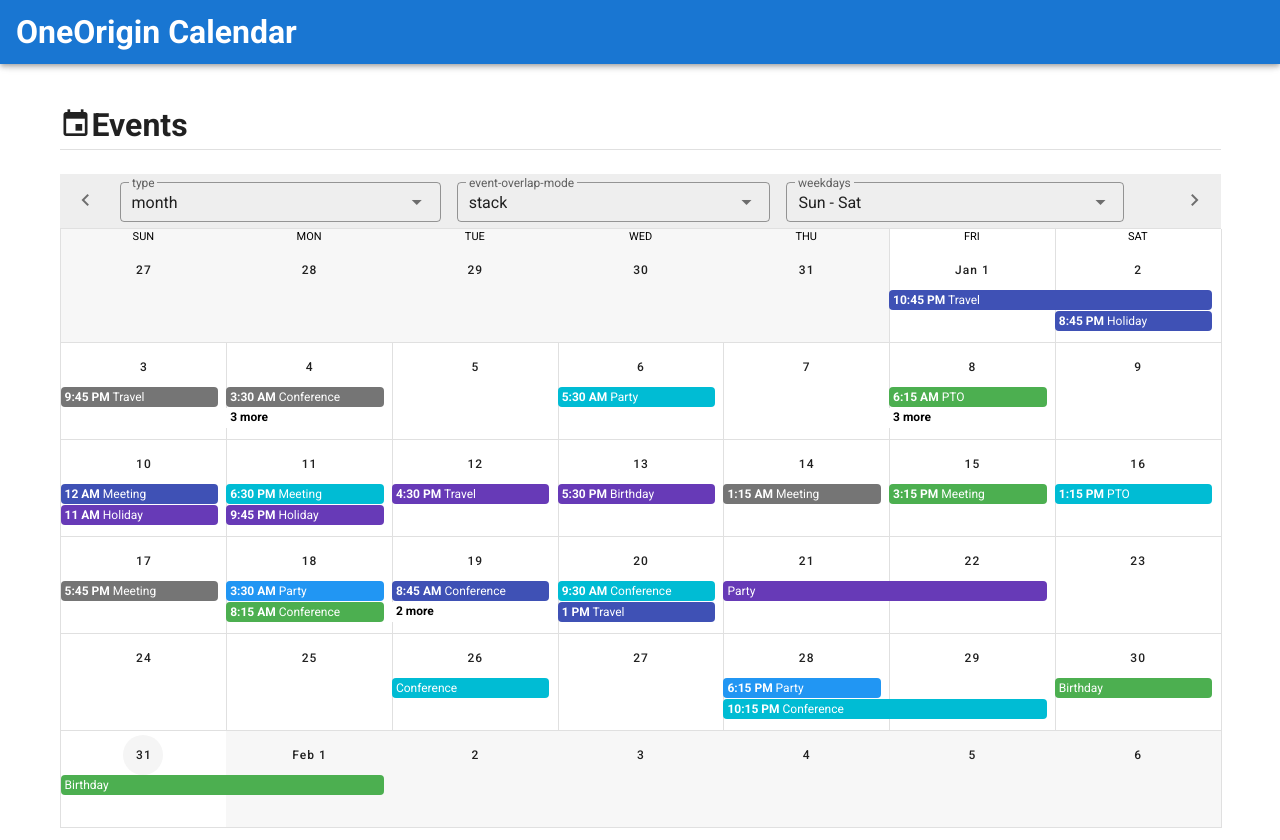
Repository: Shinobi247/OO-Calenda-events
Page: /
An editor plug-in stored every save of this project. The page is shown before and after the next save, followed by the edit.
The browser window is 1280 px wide. The pictures show the whole page.
The project was rebuilt for these pictures with package versions that can differ from the ones it lists, and the page was loaded fresh each time. Also part of the build but not shown: vue.config.js.

Above is the page before, as saved 2021-02-01 15:04:19.

After the next save:
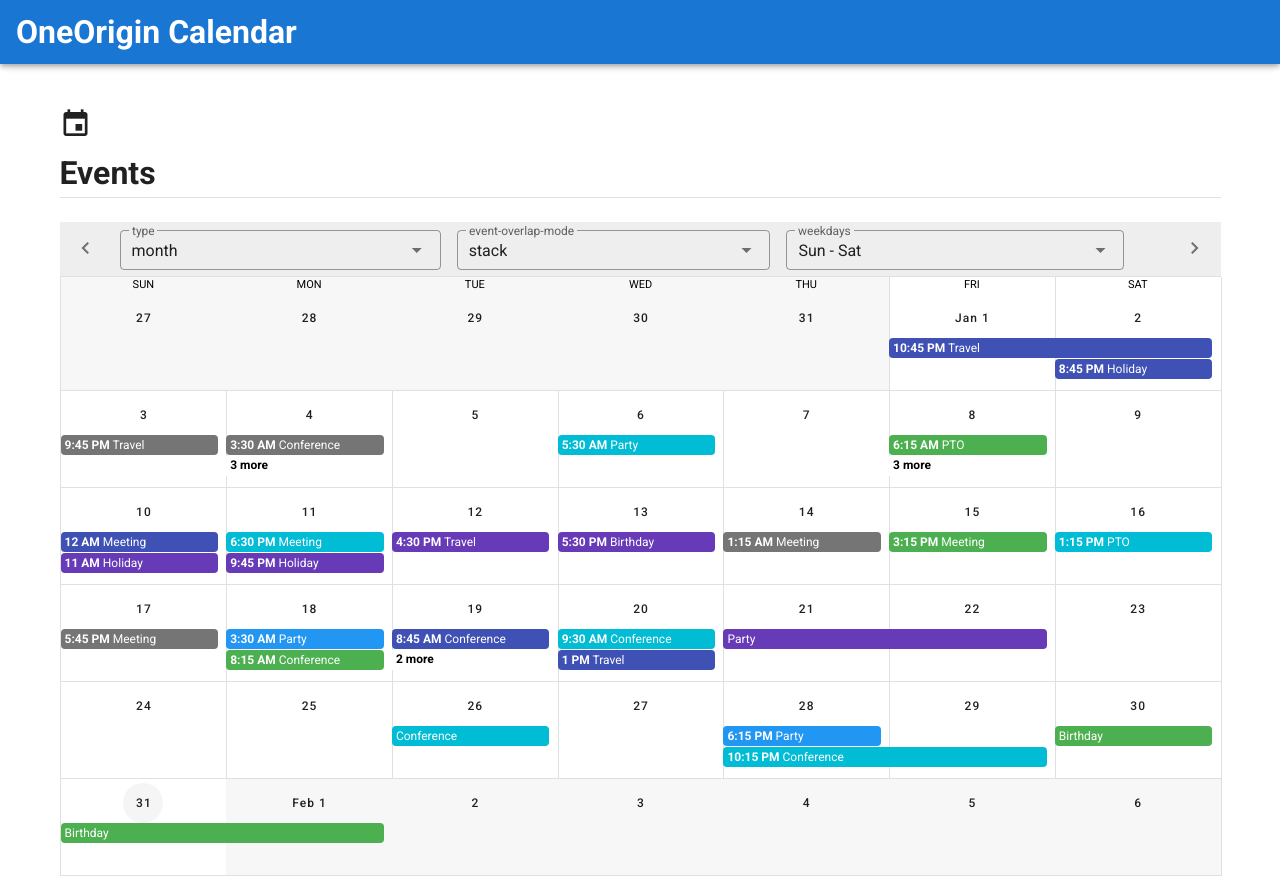
Saved 29 s later.
--- a/src/App.vue
+++ b/src/App.vue
@@ -36,7 +36,11 @@
     <v-main>
       <br />
       <v-container>
-        <h1><i class="mdi mdi-calendar"></i>Events</h1>
+        <h1>
+          <i class="mdi mdi-calendar"></i>
+          <v-spacer></v-spacer>
+          Events
+        </h1>
         <v-divider></v-divider>
         <br />
         <Calendar />

After the 2 saves that followed:
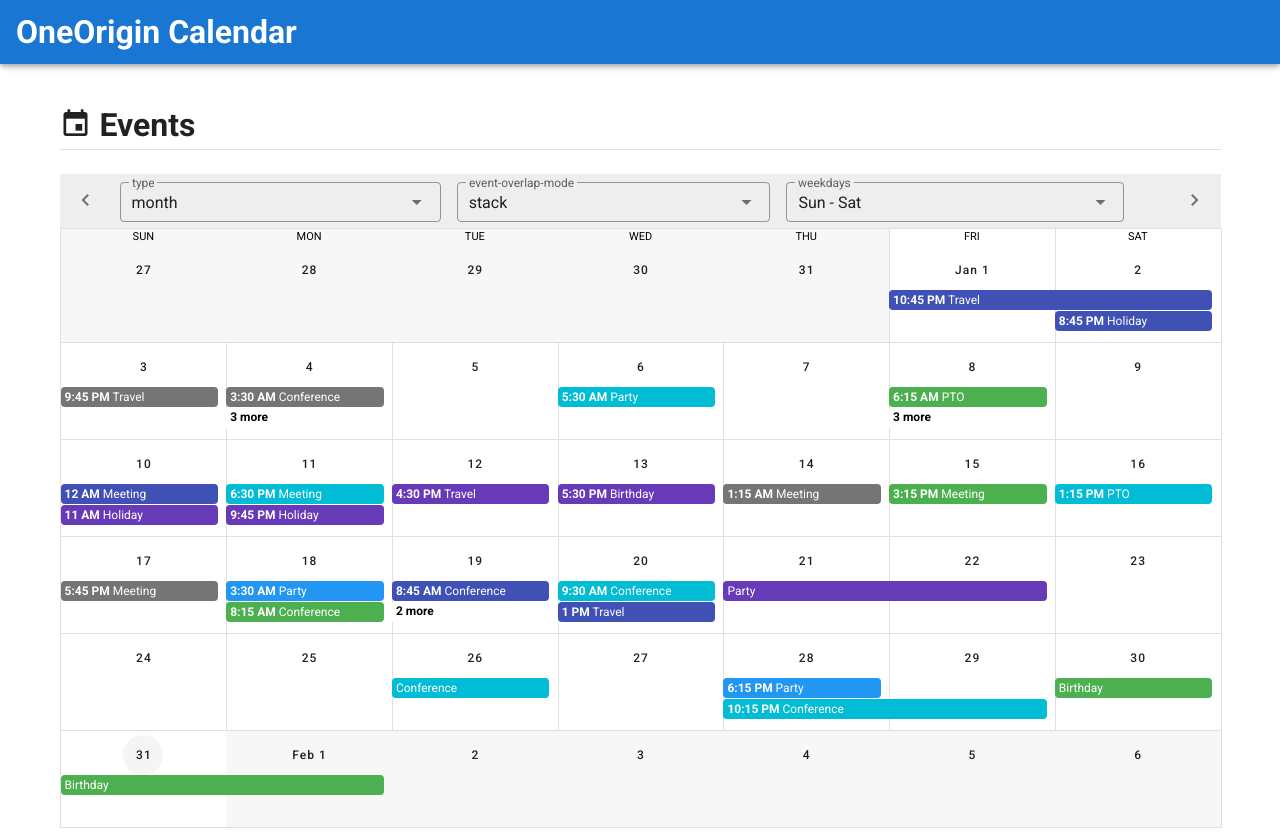
The 2 saves are shown as one change because 1 left the picture as it was.
The last was saved 16 s later.
--- a/src/App.vue
+++ b/src/App.vue
@@ -37,9 +37,10 @@
       <br />
       <v-container>
         <h1>
+          <v-spacer></v-spacer>
           <i class="mdi mdi-calendar"></i>
+          Events
           <v-spacer></v-spacer>
-          Events
         </h1>
         <v-divider></v-divider>
         <br />
